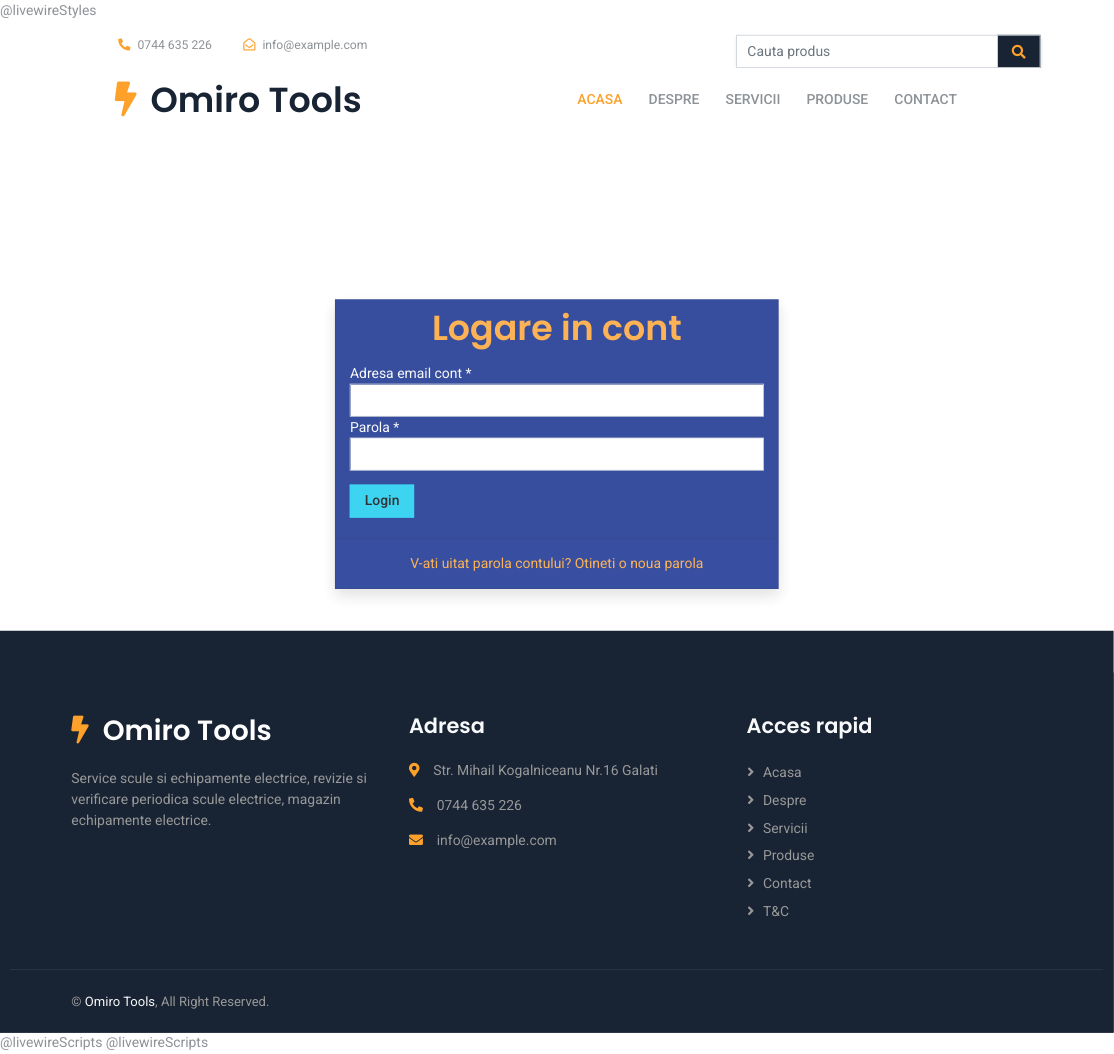
Repository: sorina0109/laravel_test
Page: http://localhost/login
These files come from the project's save history. The page is drawn as it stood at one moment and after the next save; the edit follows.
The browser window is 1280 px wide. The pictures show the whole page, at 87% of full size.
Some web libraries are served in a nearby version. The page is served by the project's Laravel application, run on PHP 8.4 with Laravel 10.

Above is the page before, as saved 2023-08-15 14:56:36.

After the next save:
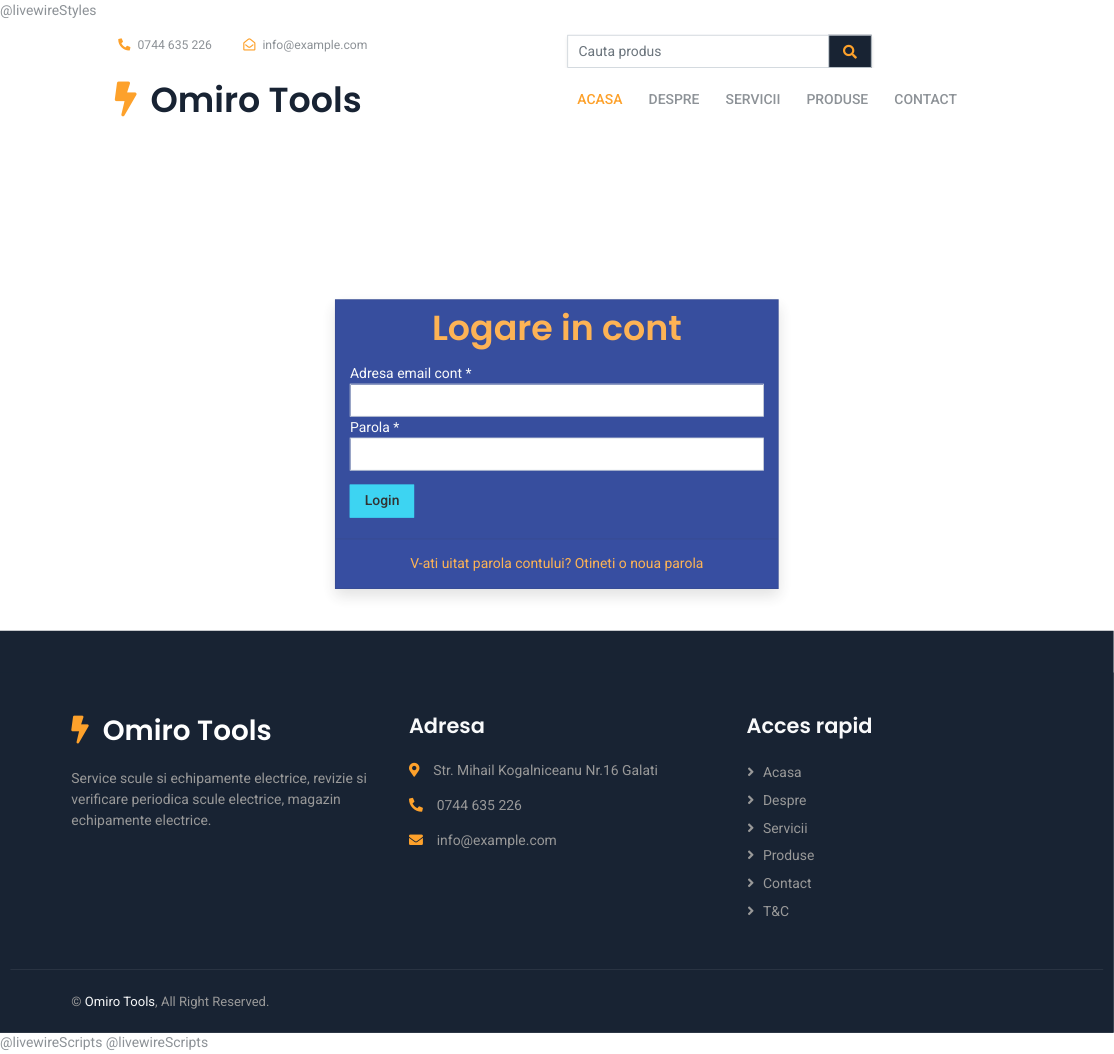
Saved 22 s later.
--- a/resources/views/front/partials/topbar.blade.php
+++ b/resources/views/front/partials/topbar.blade.php
@@ -15,7 +15,7 @@
                 <small>Luni - Vineri : 08.30 - 17.30</small>
             </div>
         </div>
-        <div class="col-lg-6 d-none d-lg-block text-end pr-5 mr-5 pt-3" >
+        <div class="col-lg-6 d-none d-lg-block pr-5 mr-5 pt-3" >
             <form style="display: inline-block;" action="{{ route('search') }}" method="GET" id="search-bar">
                 <div class="input-group shadow-sm " style="width: 350px;">
                     <input name="search_product" type="text" class="form-control " placeholder="Cauta produs" >
